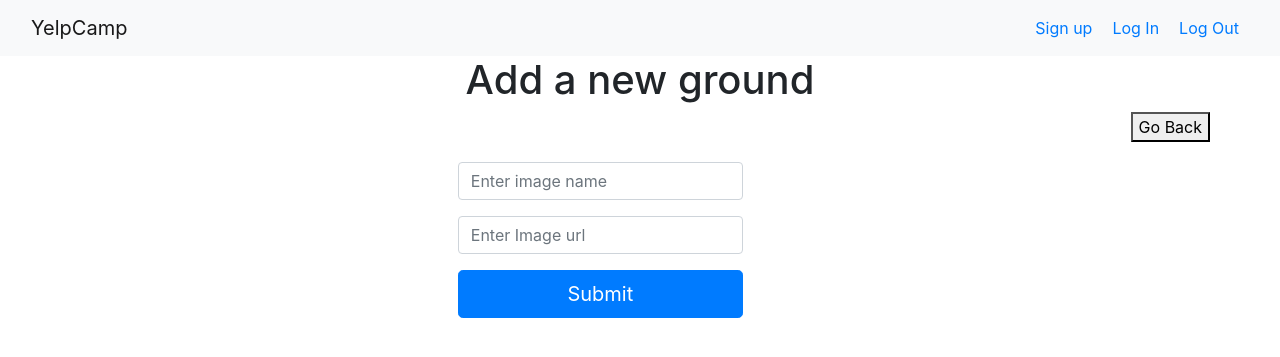
Repository: N-Verma/Webdev-Backend-
Page: http://localhost/campgrounds/new
The author's editor kept a record of every edit. The page is drawn from the files as they stood at one moment, then again after the next edit.
The browser window is 1280 px wide. The pictures show the whole page.
The page is served by the project's Node server (YelpCamp/v2/app.js).

Above is the page before.

### Web dev (backend)/environment/YelpCamp/v2/views/new.ejs
<%include partials/header%>
<div class="container">
    <h1 style="text-align:center;">Add a new ground</h1>
    <div class="row">
        <div style = "width:25%; margin:50px auto;">
            <form action="/campgrounds" method="POST">

                <div class="form-group">
                    <input class="form-control"type="text" name="name" placeholder="Enter image name">
                </div>
                <div class="form-group">
                    <input class="form-control"type="text" name="img" placeholder="Enter Image url">
                </div>
                <div class="form-group">
                    <button class="btn btn-lg btn-primary btn-block">Submit</button>
                </div>

            </form>
        </div>
        <a href="/campgrounds"><button>Go Back</button></a>
    </div>
</div>

<%include partials/footer%>

### Web dev (backend)/environment/YelpCamp/v2/views/partials/header.ejs
 <!DOCTYPE html>
 <html>
     <head>
         <title>YelpCamp</title>
         <link href="https://stackpath.bootstrapcdn.com/bootstrap/4.3.1/css/bootstrap.min.css" rel="stylesheet">
         <style>
             .navbar-nav > li{
                  padding-left:10px;
                  padding-right:10px;
            }
            image{
                margin-left:20px;
                margin-right:20px;
            }
         </style>
    </head>
    <body>
    <nav class="navbar navbar-expand-lg navbar-light bg-light">
        <div class="container-fluid">
            <div class="navbar-header">
                <a class="navbar-brand" href="/">YelpCamp</a>
            </div>
            <div class="collapse navbar-collapse">
                <ul class="nav navbar-nav ml-auto">
                    <li><a href="/">Sign up</a></li>
                    <li><a href="/">Log In</a></li>
                    <li><a href="/">Log Out</a></li>
                </ul>
            </div>
        </div>
    </nav>

### Web dev (backend)/environment/YelpCamp/v2/views/partials/footer.ejs

    </body>
 </html>

### Web dev (backend)/environment/YelpCamp/v2/app.js
var express = require("express");
var app  = express();
var bodyParser = require("body-parser");
var mongoose = require("mongoose");

mongoose.connect('mongodb://localhost:27017/yourDatabase', { useNewUrlParser: true });


//schema setup
var campgroundSchema = new mongoose.Schema({
    name: String,
    image: String,
    description: String
});

var Campground = mongoose.model("Campground", campgroundSchema);

//Campground.create(
//    {
//        name: "LongCamp",
//        image:"https://s-ec.bstatic.com/images/hotel/max1024x768/121/121021906.jpg",
//        description:"This is a very long camp, stretching miles across the ocean. It has zero contact with the outside world"
//    },
//    function(err,campground){
//        if(err){
//            console.log(err);
//        } else{
//            console.log(campground);
//        }
//    }
//
//);


app.use(bodyParser.urlencoded({extended: true}));
app.set("view engine","ejs");

app.get("/", function(req,res){
   res.render("landing");
});

app.get("/campgrounds", function(req,res){
    Campground.find({},function(err, allCampgrounds){
        if(err){
            console.log(err);
        } else{
            res.render("index",{campgrounds: allCampgrounds});
        }
    });

});

app.get("/campgrounds/new",function(req, res) {
   res.render("new");
});

app.post("/campgrounds",function(req,res){
    var name = req.body.name;
    var image = req.body.img;
    var desc = req.body.description;
    var newCampground = {name:name, image:image, description:desc};
    Campground.create(newCampground,function(err,newlycreated){
        if(err){
            console.log(err);
        } else{
            res.redirect("/campgrounds");
        }
    })
});

app.get("/campgrounds/:id", function(req, res) {
    Campground.findById(req.params.id, function(err,foundCampground){
        if(err){
            console.log(err)
        } else{
            res.render("show", {campground: foundCampground});
        }
    });

})

app.listen(process.env.PORT,process.env.IP, function(){
   console.log("Yelpcamp started");
});

After the next edit:
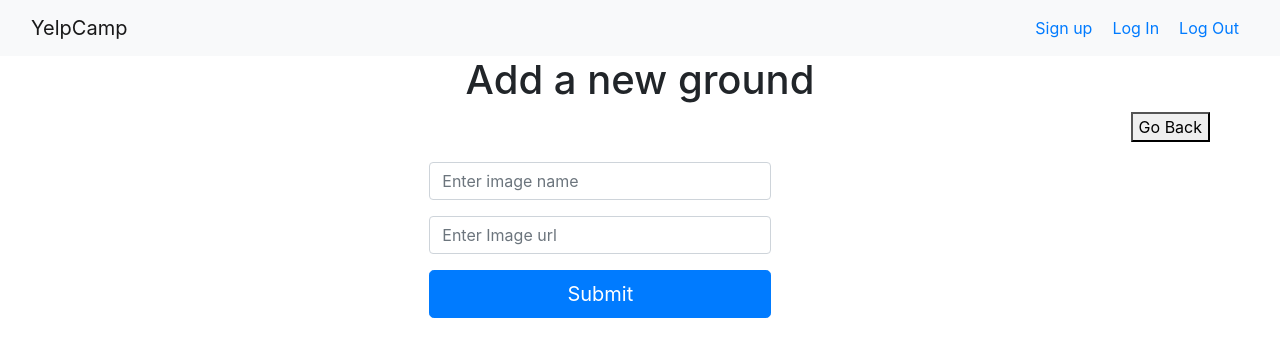
The edit:
--- a/Web dev (backend)/environment/YelpCamp/v2/views/new.ejs
+++ b/Web dev (backend)/environment/YelpCamp/v2/views/new.ejs
@@ -2,7 +2,7 @@
 <div class="container">
     <h1 style="text-align:center;">Add a new ground</h1>
     <div class="row">
-        <div style = "width:25%; margin:50px auto;">
+        <div style = "width:30%; margin:50px auto;">
             <form action="/campgrounds" method="POST">
 
                 <div class="form-group">
